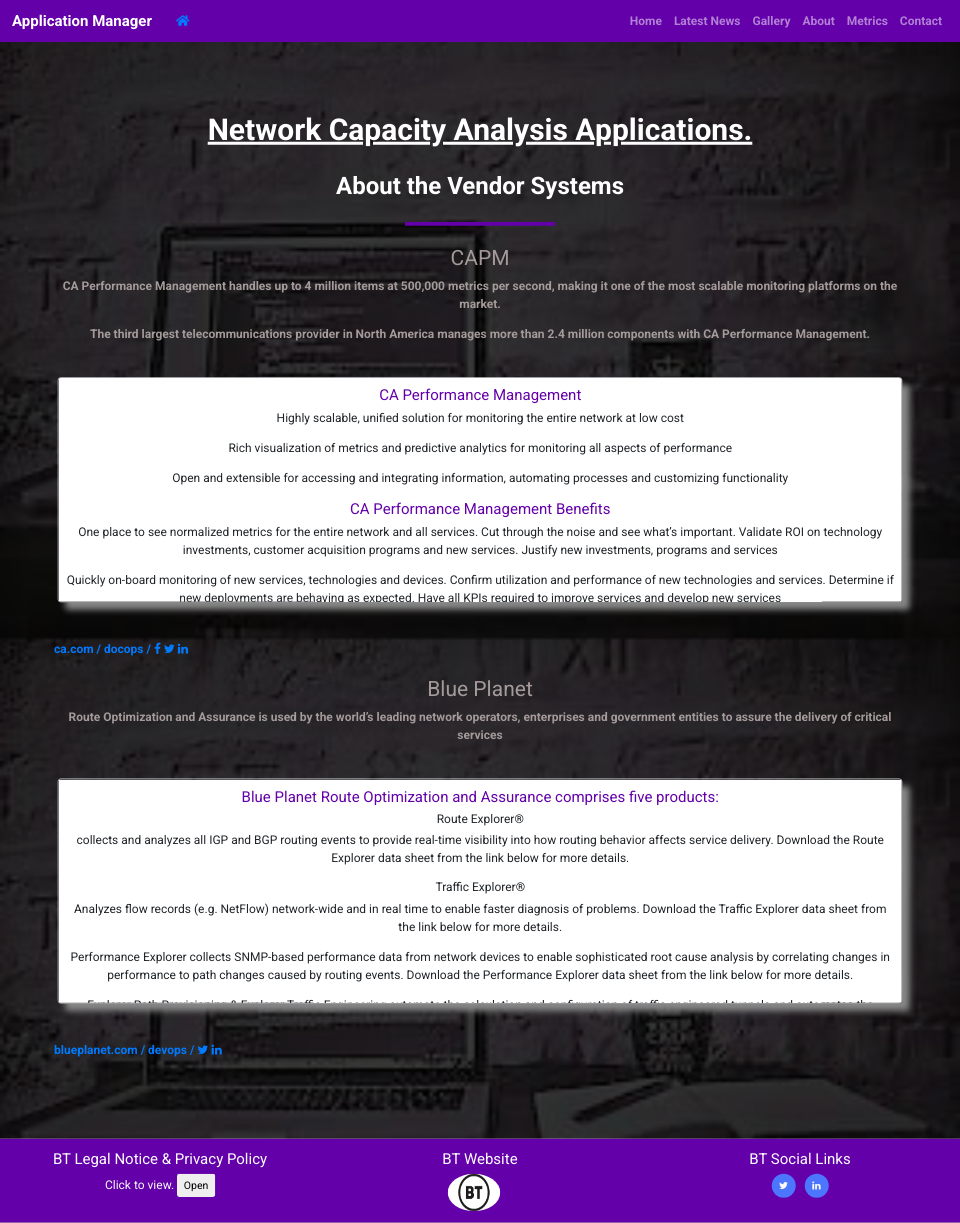
Repository: Mofarrell1967/Application-Manager
Page: about.html
The author's editor kept a record of every edit. The page is drawn from the files as they stood at one moment, then again after the next edit.
The browser window is 1280 px wide. The pictures show the whole page, at 75% of full size.
Backgrounds fixed to the window are drawn as part of the page. Some web libraries are served in a nearby version.

Above is the page before.

After the next edit:
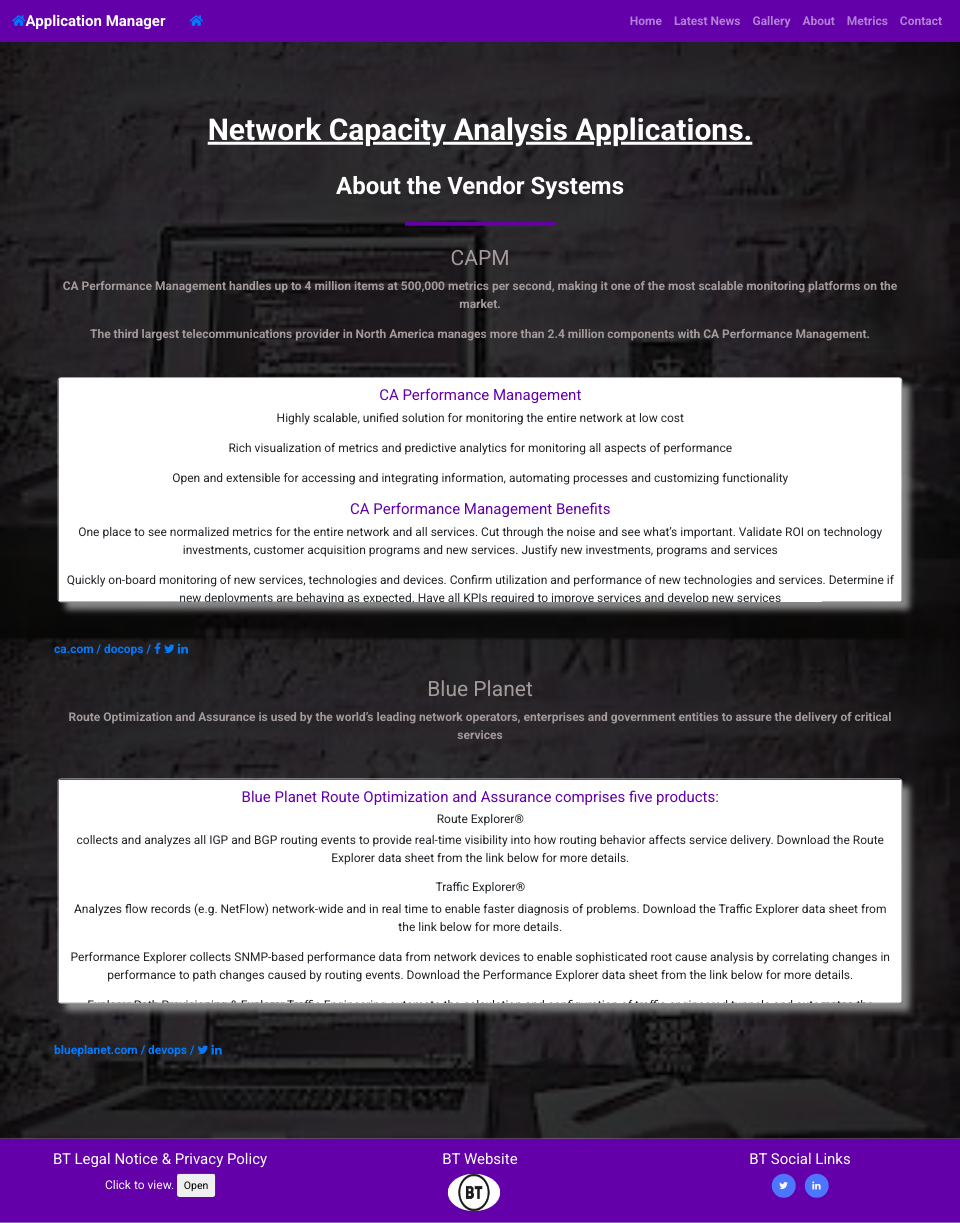
The edit:
--- a/about.html
+++ b/about.html
@@ -18,6 +18,7 @@
     <!-- Nav Bar Start -->
 
     <nav class="navbar no-gutters fixed-top navbar-dark navbar-expand-sm current">
+        <a href="index.html"><i class="fas fa-home"></i></a>
         <a href="index.html" class="navbar-brand">Application Manager</a>
         <ul class="navbar-nav navbar-brand"></ul>
         <a href="index.html"><i class="fas fa-home"></i></a>
